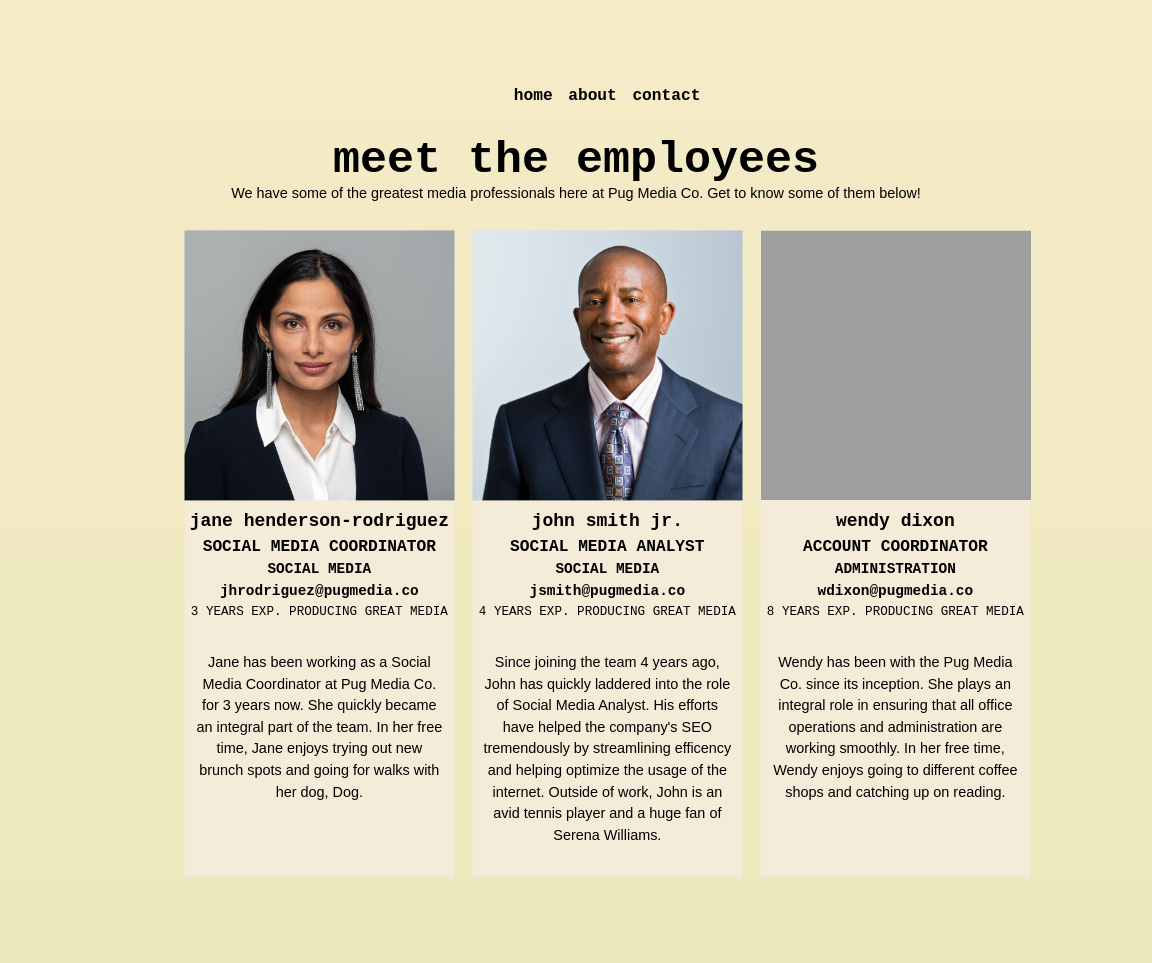
Repository: cheungglenda/MDIA2109-Week3
Page: /about
An editor plug-in stored every save of this project. The page is shown before and after the next save, followed by the edit.
The browser window is 1280 px wide. The pictures show the whole page, at 90% of full size.
Pictures or frames that could not be fetched are drawn as grey boxes. The project was rebuilt for these pictures with package versions that can differ from the ones it lists, and the page was loaded fresh each time. The framework's server and built-in components were replaced by stand-ins that run in the browser. Also part of the build but not shown: next.config.js.

Above is the page before, as saved 2023-01-20 19:11:17.

### pages/about.js
import Head from 'next/head'
import { Inter } from '@next/font/google'
import styles from '@/styles/Home.module.css'
import aboutData from '../data/about.json'
import { useState } from 'react'
import EmployeeCard  from '../components/EmployeeCard'
import Link from 'next/link'

export default function About() {

    const [aboutEmployees, setAboutEmployees] = useState([...aboutData])
    console.log(aboutData)
    return (
   <>
      <Head>
        <title>Meet the Employees</title>
        <meta name="description" content="Meet the Employees" />
        <meta name="viewport" content="width=device-width, initial-scale=1" />
        <link rel="icon" href="/favicon.ico" />
      </Head>
      <main className={styles.main}>
        <div className={styles.buttons}>
      <Link href="/" className={styles.links}>Home</Link>
      <Link href="/about" className={styles.links}>About</Link>
      <Link href="/" className={styles.links}>Contact</Link>
      </div>

      <div className={styles.meetTitle}>Meet the Employees</div>
      <div className={styles.titleDesc}>We have some of the greatest media professionals here at Pug Media Co. Get to know some of them below!</div>

        <div className={styles.grid}>
          <div className={styles.employees}>
          {aboutEmployees && aboutEmployees.map((info, index) => {
            if(info.firstName.toLowerCase() === "jane") {
            return (
              <EmployeeCard
              key={index}
              firstname={info.firstName}
              lastname={info.lastName}
              jobtitle={info.jobTitle}
              department={info.department}
              contact={info.contact}
              yearsworked={info.yearsWorked}
              description={info.description}
              color="#F4EBD9" font="16px"/>
            )
          }
          })}

          {aboutEmployees && aboutEmployees.map((info, index) => {
            if(info.firstName.toLowerCase() === "john") {
            return (
              <EmployeeCard
              key={index}
              firstname={info.firstName}
              lastname={info.lastName}
              jobtitle={info.jobTitle}
              department={info.department}
              contact={info.contact}
              yearsworked={info.yearsWorked}
              description={info.description}
              color="#F4EBD9" font="16px"/>
            )
          }
          })}

          {aboutEmployees && aboutEmployees.map((info, index) => {
            if(info.firstName.toLowerCase() === "wendy") {
            return (
              <EmployeeCard
              key={index}
              firstname={info.firstName}
              lastname={info.lastName}
              jobtitle={info.jobTitle}
              department={info.department}
              contact={info.contact}
              yearsworked={info.yearsWorked}
              description={info.description}
              color="#F4EBD9" font="16px"/>
            )
          }
          })}
          </div>
        </div>
      </main>
    </>
  )
}

### styles/Home.module.css
.main {
  display: flex;
  flex-direction: column;
  justify-content: space-between;
  align-items: center;
  padding: 6rem;
  font-family:arial;
  min-height: 100vh;
  background-image: linear-gradient(rgb(245, 235, 200), rgb(236, 232, 188));

}

.buttons {
  display: flex;
  flex-direction:row;
  justify-content: space-evenly;
  margin-bottom:3%;
}

.links:hover {
  text-decoration:underline;
}

.links {
  font-size: 18px;
  max-width: var(--max-width);
  width: 100%;
  font-weight:900;
  font-family: 'Courier New', Courier, monospace;
  text-transform:lowercase;
  padding-left:10%;
}

.description {
  display: inherit;
  justify-content: inherit;
  align-items: inherit;
  font-size: 15px;
  max-width: var(--max-width);
  width: 100%;
  font-family: var(--font-mono);
}

.social {
  justify-content:inherit;
  object-fit:cover;
  margin-right:2%;
}

.homeDesc {
  font-size: 18px;
  font-family:'Courier New', Courier, monospace;
  margin-left:2%;
  margin-bottom:3%;
}

.description a {
  display: flex;
  justify-content: center;
  align-items: center;
  gap: 0.5rem;
}

.description p {
  position: relative;
  margin: 0;
  padding: 1rem;
  background-color: rgba(var(--callout-rgb), 0.5);
  border: 1px solid rgba(var(--callout-border-rgb), 0.3);
  border-radius: var(--border-radius);
}

.code {
  font-weight: 700;
  font-family: var(--font-mono);
}

.meetTitle {
  font-size: 50px;
  font-weight:700;
  text-transform:lowercase;
  font-family:'Courier New', Courier, monospace;
  text-align:center;
}

.grid {
  display: flex;
  justify-content:center;
  width: var(--max-width);
  max-width: 100%;
  align-items:center;
  flex: 1;
}

.card {
  padding: 1rem 1.2rem;
  border-radius: var(--border-radius);
  background: rgba(var(--card-rgb), 0);
  border: 1px solid rgba(var(--card-border-rgb), 0);
  transition: background 200ms, border 200ms;
}

.card span {
  display: inline-block;
  transition: transform 200ms;
}

.info {
  font-family:'Courier New', Courier, monospace;
}

.card h2 {
  font-weight: 600;
  margin-bottom: 0.7rem;
}

.card p {
  margin: 0;
  opacity: 0.6;
  font-size: 0.9rem;
  line-height: 1.5;
  max-width: 30ch;
}


.employees {
  display:flex;
  gap:20px;
  width: 80%;
  text-align:center;
  font-family:'Courier New', Courier, monospace;
}

.titleDesc {
  font-size:16px;
  margin-bottom:3%;
}

.center {
  display: flex;
  justify-content: center;
  align-items: center;
  position: relative;
  padding: 4rem 0;
}

.center::before {
  background: var(--secondary-glow);
  border-radius: 50%;
  width: 480px;
  height: 360px;
  margin-left: -400px;
}

.center::after {
  background: var(--primary-glow);
  width: 240px;
  height: 180px;
  z-index: -1;
}

.center::before,
.center::after {
  content: '';
  left: 50%;
  position: absolute;
  filter: blur(45px);
  transform: translateZ(0);
}

.logo,
.thirteen {
  position: relative;
  object-fit:cover;
}

.thirteen {
  display: flex;
  justify-content: center;
  align-items: center;
  width: 75px;
  height: 75px;
  padding: 25px 10px;
  margin-left: 16px;
  transform: translateZ(0);
  border-radius: var(--border-radius);
  overflow: hidden;
  box-shadow: 0px 2px 8px -1px #0000001a;
}

.thirteen::before,
.thirteen::after {
  content: '';
  position: absolute;
  z-index: -1;
}

/* Conic Gradient Animation */
.thirteen::before {
  animation: 6s rotate linear infinite;
  width: 200%;
  height: 200%;
  background: var(--tile-border);
}

/* Inner Square */
.thirteen::after {
  inset: 0;
  padding: 1px;
  border-radius: var(--border-radius);
  background: linear-gradient(
    to bottom right,
    rgba(var(--tile-start-rgb), 1),
    rgba(var(--tile-end-rgb), 1)
  );
  background-clip: content-box;
}

/* Enable hover only on non-touch devices */
@media (hover: hover) and (pointer: fine) {
  .card:hover {
    background: rgba(var(--card-rgb), 0.1);
    border: 1px solid rgba(var(--card-border-rgb), 0.15);
  }

  .card:hover span {
    transform: translateX(4px);
  }
}

@media (prefers-reduced-motion) {
  .thirteen::before {
    animation: none;
  }

  .card:hover span {
    transform: none;
  }
}

/* Mobile */
@media (max-width: 700px) {
  .content {
    padding: 4rem;
  }

  .grid {
    grid-template-columns: 1fr;
    margin-bottom: 120px;
    max-width: 320px;
    text-align: center;
  }

  .card {
    padding: 1rem 2.5rem;
  }

  .card h2 {
    margin-bottom: 0.5rem;
  }

  .center {
    padding: 8rem 0 6rem;
  }

  .center::before {
    transform: none;
    height: 300px;
  }

  .description {
    font-size: 0.8rem;
  }

  .description a {
    padding: 1rem;
  }

  .description p,
  .description div {
    display: flex;
    justify-content: center;
    position: fixed;
    width: 100%;
  }

  .description p {
    align-items: center;
    inset: 0 0 auto;
    padding: 2rem 1rem 1.4rem;
    border-radius: 0;
    border: none;
    border-bottom: 1px solid rgba(var(--callout-border-rgb), 0.25);
    background: linear-gradient(
      to bottom,
      rgba(var(--background-start-rgb), 1),
      rgba(var(--callout-rgb), 0.5)
    );
    background-clip: padding-box;
    backdrop-filter: blur(24px);
  }

  .description div {
    align-items: flex-end;
    pointer-events: none;
    inset: auto 0 0;
    padding: 2rem;
    height: 200px;
    background: linear-gradient(
      to bottom,
      transparent 0%,
      rgb(var(--background-end-rgb)) 40%
    );
    z-index: 1;
  }
}

/* Tablet and Smaller Desktop */
@media (min-width: 701px) and (max-width: 1120px) {
  .grid {
    grid-template-columns: repeat(2, 50%);
  }
}

@media (prefers-color-scheme: dark) {

  .main {
    background-image: linear-gradient(rgb(51, 65, 14), rgb(169, 169, 110));
  }

  .vercelLogo {
    filter: invert(1);
  }

  .meetTitle {
    color:white;
  }

  .titleDesc {
    color:white;
  }

  .links {
    color: white;
  }

  .employees {
    color: black;
  }
}

@keyframes rotate {
  from {
    transform: rotate(360deg);
  }
  to {
    transform: rotate(0deg);
  }
}

### data/about.json
[
    {
        "firstName": "Jane",
        "lastName": "Henderson-Rodriguez",
        "department": "Social Media",
        "jobTitle": "Social Media Coordinator",
        "contact": "jhrodriguez@pugmedia.co",
        "yearsWorked": 3,
        "description": "Jane has been working as a Social Media Coordinator at Pug Media Co. for 3 years now. She quickly became an integral part of the team. In her free time, Jane enjoys trying out new brunch spots and going for walks with her dog, Dog."

    },
    {
        "firstName": "John",
        "lastName": "Smith jr.",
        "department": "Social Media",
        "jobTitle": "Social Media Analyst",
        "contact": "jsmith@pugmedia.co",
        "yearsWorked": 4,
        "description": "Since joining the team 4 years ago, John has quickly laddered into the role of Social Media Analyst. His efforts have helped the company's SEO tremendously by streamlining efficency and helping optimize the usage of the internet. Outside of work, John is an avid tennis player and a huge fan of Serena Williams."

    },
    {
        "firstName": "Wendy",
        "lastName": "Dixon",
        "department": "Administration",
        "jobTitle": "Account Coordinator",
        "contact": "wdixon@pugmedia.co",
        "yearsWorked": 8,
        "description": "Wendy has been with the Pug Media Co. since its inception. She plays an integral role in ensuring that all office operations and administration are working smoothly. In her free time, Wendy enjoys going to different coffee shops and catching up on reading."

    }
]

### components/EmployeeCard/index.js
export default function EmployeeCard({
    firstname = "none",
    lastname = "none",
    department = "none",
    jobtitle = "none",
    yearsworked = 0,
    description = "none",
    contact = "none",
    color = "pink",
    font = "O",
    image = "icon/personTwo.png"
}) {
    return (
        <div style={{backgroundColor: color, fontSize: 16, lineHeight:1.5}}>
            {
                firstname === "Jane" ? <img style={{objectFit: "cover"}} src={'headshots/photo3.jpeg'} width="300" height="300"/> :
                firstname === "John" ? <img style={{objectFit: "cover"}} src={'headshots/photo1.jpeg'} width="300" height="300"/> :
                firstname === "Wendy" ? <img style={{objectFit: "cover"}} src={'headshots/photo2.jpeg'} width="300" height="300"/> :
                <img src={image} width="300"/>
            }

            <h1 style={{textTransform: "lowercase", fontSize: 20}}>{firstname} {lastname}</h1>
            <h1 style={{textTransform: "lowercase", fontSize: 20}}></h1>
            <h2 style={{fontFamily:"'Courier New', Courier, monospace", textTransform: "uppercase", fontSize: 18}}>{jobtitle}</h2>
            <h3 style={{fontFamily:"'Courier New', Courier, monospace", textTransform: "uppercase", fontSize: 16, fontweight:200}}>{department}</h3>
            <h3 style={{fontFamily:"'Courier New', Courier, monospace", textTransform: "lowercase", fontSize: 16, fontweight:500}}>{contact}</h3>
            <h4 style={{textTransform:"uppercase", fontSize:14, fontWeight:100}}>{yearsworked} years exp. producing great media</h4><br></br>
            <p style={{fontFamily: "Arial, Helvetica, sans-serif", margin:"10px"}}>{description}</p><br></br>
        </div>
    )
}

Loaded but not shown: pages/_app.js (common file); pages/_document.js (common file); styles/globals.css (common file)

After the next save:
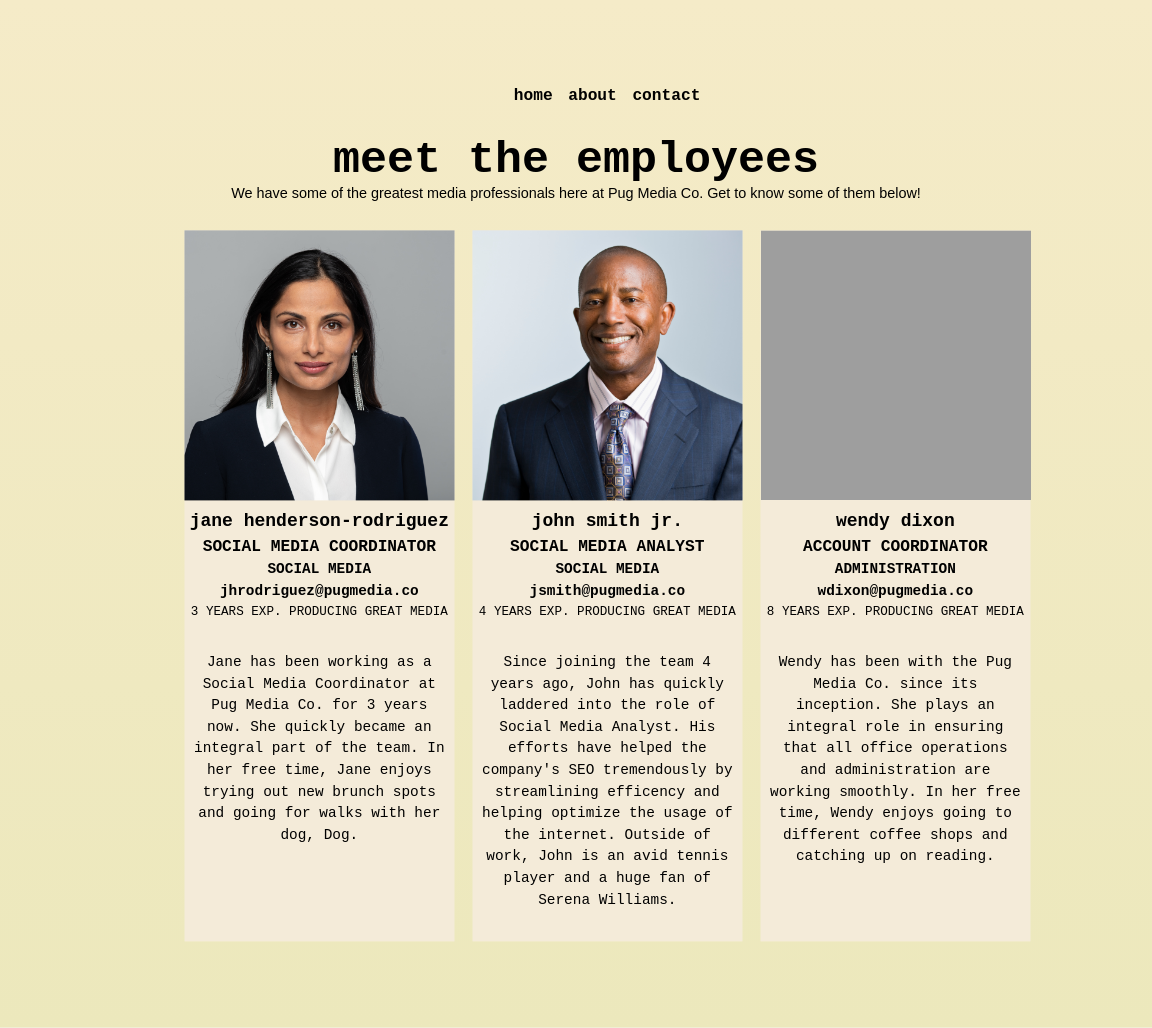
Saved 42 s later.
--- a/components/EmployeeCard/index.js
+++ b/components/EmployeeCard/index.js
@@ -25,7 +25,7 @@ export default function EmployeeCard({
             <h3 style={{fontFamily:"'Courier New', Courier, monospace", textTransform: "uppercase", fontSize: 16, fontweight:200}}>{department}</h3>
             <h3 style={{fontFamily:"'Courier New', Courier, monospace", textTransform: "lowercase", fontSize: 16, fontweight:500}}>{contact}</h3>
             <h4 style={{textTransform:"uppercase", fontSize:14, fontWeight:100}}>{yearsworked} years exp. producing great media</h4><br></br>
-            <p style={{fontFamily: "Arial, Helvetica, sans-serif", margin:"10px"}}>{description}</p><br></br>
+            <p style={{fontFamily: "'Courier New', Courier, monospace", margin:"10px"}}>{description}</p><br></br>
         </div>
     )
 }
